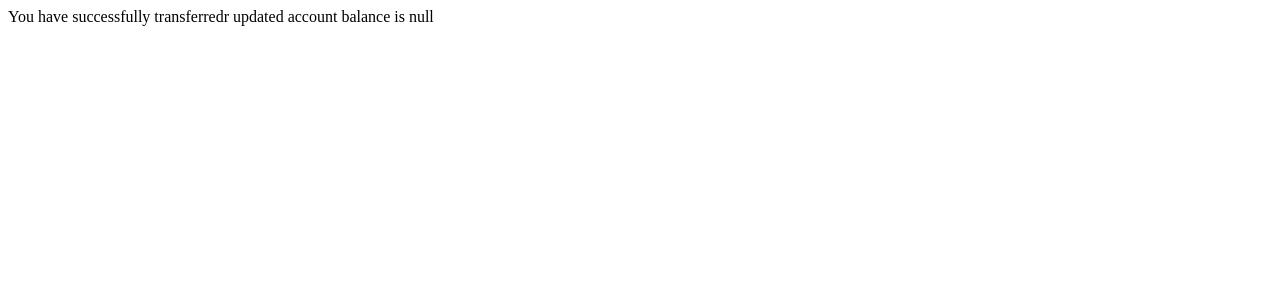
Repository: avchen0/Avensys
Page: http://localhost/FirstProgram/transferSuccess.jsp
An editor plug-in stored every save of this project. The page is shown before and after the next save, followed by the edit.
The browser window is 1280 px wide. The pictures show the whole page.
The page is served by Tomcat 9. Other server files are loaded and not shown.

Above is the page before, as saved 2021-08-09 17:14:23.

### Java/FirstProgram/src/main/webapp/transferSuccess.jsp
<%@ page language="java" contentType="text/html; charset=ISO-8859-1"
    pageEncoding="ISO-8859-1"%>
<!DOCTYPE html>
<html>
<head>
<meta charset="ISO-8859-1">
<title>Transfer Success</title>
</head>
<body>
<%out.println("You have successfully transferred"+"r updated account balance is " + session.getAttribute("balance"));%>
</body>
</html>

After the next save:
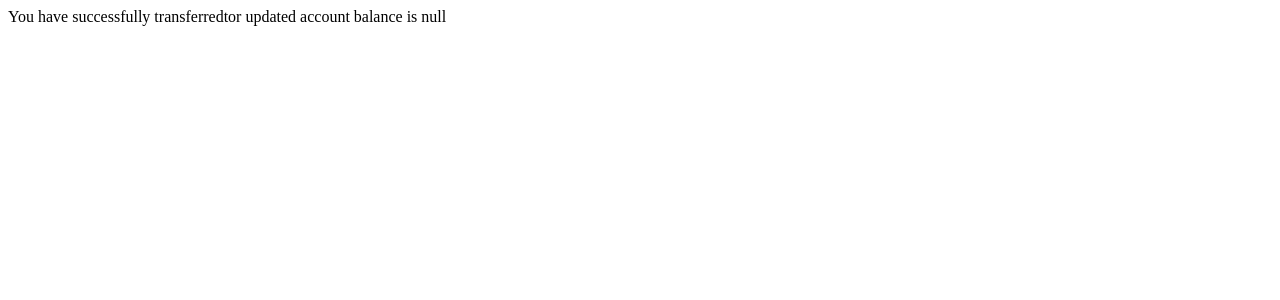
Saved 5 s later.
--- a/Java/FirstProgram/src/main/webapp/transferSuccess.jsp
+++ b/Java/FirstProgram/src/main/webapp/transferSuccess.jsp
@@ -7,6 +7,6 @@
 <title>Transfer Success</title>
 </head>
 <body>
-<%out.println("You have successfully transferred"+"r updated account balance is " + session.getAttribute("balance"));%>
+<%out.println("You have successfully transferred"+ "to" + "r updated account balance is " + session.getAttribute("balance"));%>
 </body>
 </html>
